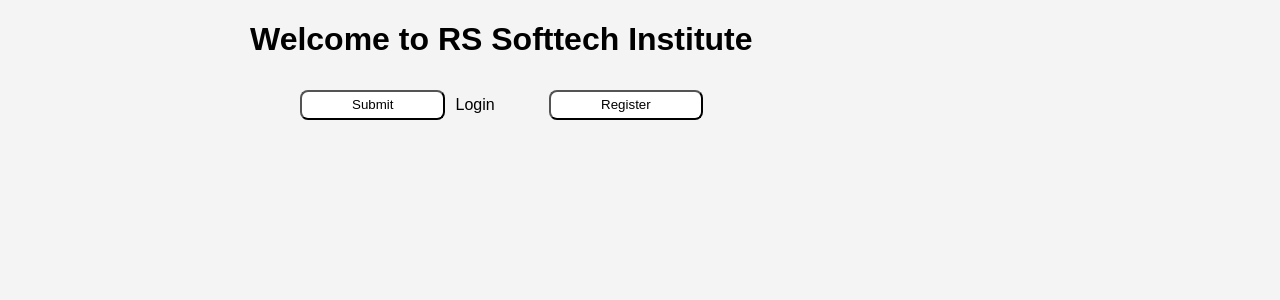
Repository: kkale14/My_allpr
Page: Kalyani1/src/main/webapp/Newpage.html
An editor plug-in stored every save of this project. The page is shown before and after the next save, followed by the edit.
The browser window is 1280 px wide. The pictures show the whole page.

Above is the page before, as saved 2025-03-03 09:35:29.

After the next save:
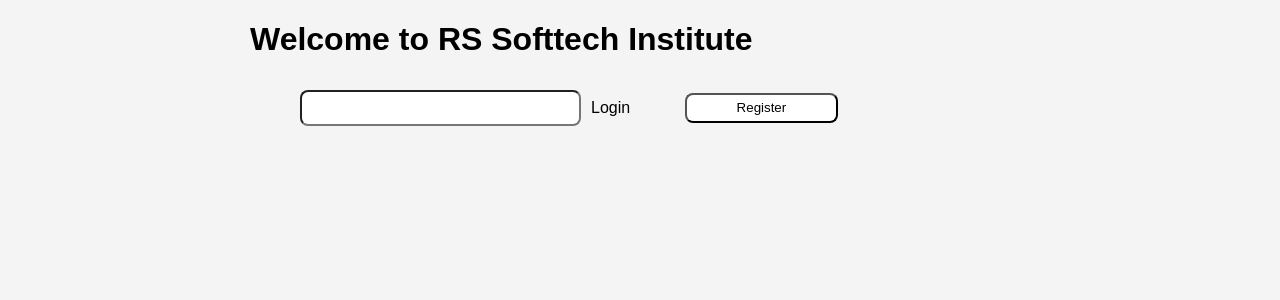
Saved 32 s later.
--- a/Kalyani1/src/main/webapp/Newpage.html
+++ b/Kalyani1/src/main/webapp/Newpage.html
@@ -36,7 +36,7 @@
 
 <h1> Welcome to RS Softtech Institute </h1>
 <label for="student"></label>
- <input type="button" class ="container"  value="Submit">Login</button>
+ <input type="login" class ="container"  value="">Login</button>
  <button class= "container" type="submit" value="Submit">Register</button>
 
 
